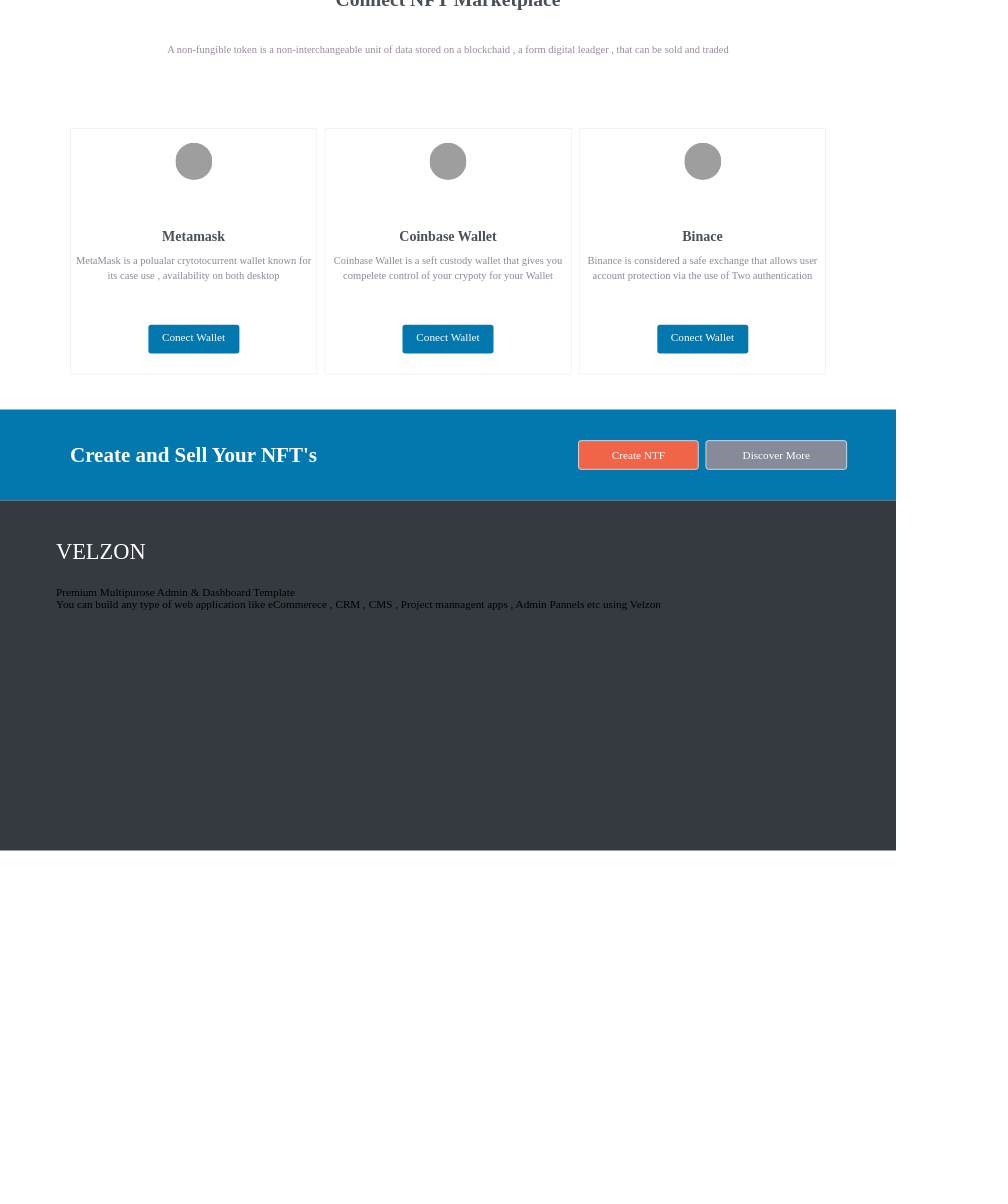
Repository: HuynhDuc23/Webvideodesgin
Page: index.html
The author's editor kept a copy of each file at every save. The page is drawn from the files as they stood at one save, then again after the next save.
The browser window is 1280 px wide. The page is 1440 px wide, so the pictures cover 1440 px, including what lies to the right of the window. The pictures show the part of the page from y = 870 to 2590 px (the page is 5520 px tall), at 70% of full size.
Pictures or frames that could not be fetched are drawn as grey boxes. The style sheet was rebuilt from its Sass, Less or Tailwind sources for each picture, by a compiler version that may differ from the author's.

Above is the page before, as saved 2023-04-26 10:17:45.

### index.html
<!DOCTYPE html>
<html lang="en">
<head>
    <meta charset="UTF-8">
    <meta http-equiv="X-UA-Compatible" content="IE=edge">
    <meta name="viewport" content="width=device-width, initial-scale=1.0">
    <link rel="stylesheet" href="https://cdnjs.cloudflare.com/ajax/libs/font-awesome/6.4.0/css/all.min.css" integrity="sha512-iecdLmaskl7CVkqkXNQ/ZH/XLlvWZOJyj7Yy7tcenmpD1ypASozpmT/E0iPtmFIB46ZmdtAc9eNBvH0H/ZpiBw==" crossorigin="anonymous" referrerpolicy="no-referrer" />
    <link rel="stylesheet" href="./reset.css">
    <link rel="stylesheet" href="style.css">
    <title>LoadingPage</title>
</head>
<body>
    <div class="loadingpage">
     <div class="loadingpage__heading">
        <div class="loadingpage__header">
            <div class="loadingpage__left"><h4 class="loadingpage__content">VELZON</h4></div>
            <div class="loaddingpage__right">
                <ul class="loadingpage__list">
                    <li class="loadingpage__items"><h5 class="loadingpage__padding">Home</h5></li>
                    <li class="loadingpage__items"><h5 class="loadingpage__padding">Wallet</h5></li>
                    <li class="loadingpage__items"><h5 class="loadingpage__padding">MarketPlace</h5></li>
                    <li class="loadingpage__items"><h5 class="loadingpage__padding">categorite</h5></li>
                    <li class="loadingpage__items"><h5 class="loadingpage__padding">Creater</h5></li>
                </ul>
            </div>
        </div>
        <div class="loadingpage__mid">
            <div class="loadingpage__mid__content1">
                <h1 class="loadingpage__mid__content">Discover Digital Art
                     & Collect <span>NFT Marketplace</span></h1>
            </div>
            <div class="loadingpage__mid__content2">
                <div class="loadingpage__mid__content2__content">
                    <p class="loadingpage__mid__content2__para">
                        Can artwork be NFT ? NFTs (non-fungble tokens) are one-of-a-kind digital assets. Given they're  digital in nature , can physical work of art be turned into NFTs?
                    </p>
                </div>
                <div class="button__mid">
                    <div class="button">
                        <div class="button__1">Create Own
                         <i class="fa-solid fa-arrow-right icon"></i>
                        </div>
                     </div>
                     <div class="button" style="background-color: #878a99;">
                         <div class="button__1">Explore Now
                          <i class="fa-solid fa-arrow-right icon"></i>
                         </div>
                      </div>
                </div>
            </div>
        </div>
     </div>
    </div>
    <div class="loadingpage__mid__content__sub">
        <div class="loadingpage__mid__content__sub__1">
            <p class="connect">Connect NFT Marketplace</p>
            <p class="para">A non-fungible token is a non-interchangeable unit of data stored  on a blockchaid , a form digital leadger , that can be sold and traded</p>
        </div>
        <div class="box-list">
            <div class="box-items">
                <img src="https://images.unsplash.com/photo-1674574124345-02c525664b65?ixlib=rb-4.0.3&ixid=MnwxMjA3fDF8MHxwaG90by1wYWdlfHx8fGVufDB8fHx8&auto=format&fit=crop&w=1470&q=80" alt="" class="cartoon">
                 <div class="content__mid__para">
                    <span class="content__mid">Metamask</span>
                    <p class="paragrap__mid">MetaMask is a polualar crytotocurrent wallet known for its case use , availability on both desktop</p>
                 </div>
            </div>
            <div class="box-items">
                <img src="https://images.unsplash.com/photo-1564419429381-98dbcf916478?ixlib=rb-4.0.3&ixid=MnwxMjA3fDF8MHxwaG90by1wYWdlfHx8fGVufDB8fHx8&auto=format&fit=crop&w=399&q=80" alt="" class="cartoon">
                 <div class="content__mid__para">
                    <span class="content__mid">Coinbase Wallet</span>
                    <p class="paragrap__mid">Coinbase Wallet is a seft custody wallet that gives you compelete control of your crypoty for your Wallet</p>
                 </div>
            </div>
            <div class="box-items">
                <img src="https://images.unsplash.com/photo-1682249301375-5c7f5a286d8c?ixlib=rb-4.0.3&ixid=MnwxMjA3fDB8MHxwaG90by1wYWdlfHx8fGVufDB8fHx8&auto=format&fit=crop&w=774&q=80" alt="" class="cartoon">
                 <div class="content__mid__para">
                    <span class="content__mid">Binace</span>
                    <p class="paragrap__mid">Binance is considered  a safe exchange that allows user account protection via the use of Two authentication</p>
                 </div>
            </div>

        </div>
        <div class="final__loadingpage">
            <div class="final__loadingpage__1">
               <div class="para">
                <p class="para__1">Create and Sell Your NFT's</p>
               </div>
                <div class="box__two">
                    <div class="box__two__1"><span>Create NTF</span></div>
                    <div class="box__two__2"><span>Discover More</span> </div>
                </div>
            </div>
            <div class="final__loadingpage__2">
                 <div class="final__wrap">
                    <div class="final__left">
                        <h1 class="title">
                            VELZON
                        </h1>
                        <h2 class="content">
                            Premium Multipurose Admin & Dashboard Template
                        </h2>
                        <h2 class="content">
                            You can build any type of web application like eCommerece , CRM , CMS , Project mannagent apps , Admin Pannels etc using Velzon
                        </h2>
                  </div>
                  <div class="final__rihgt">

                  </div>
                 </div>
            </div>
        </div>

    </div>
</body>
</html>

### style.scss
html {
    box-sizing: border-box;
}
*{
    font-size: 16.5rem;
    font-family: 'Segoe UI', Tahoma, Geneva, Verdana, sans-serif;
}
.loadingpage {
    &__heading {
        width: 100%;
        height: 668px;
      //  background-color: #0278ae;
        background-color:rgb(2,120,174);
        margin-bottom: 180px;
    }
    &__header {
        width: 100%;
        height: 70px;
        background-color: #05175f;
        display: flex ;
        justify-content: flex-start;
        align-items: center;
        position: relative;
    }
    &__left {
        padding:  27px 75px;
        cursor: pointer;
    }
    &__content {
        color: white;
        font-weight: 500;
        font-size: 14px;
        line-height: 21px;
        text-transform: uppercase;
        font-size: xx-large;
    }
    &__right {
        margin-left: 200px;
    }
    &__list {
        display: flex;
        align-items: center;
        padding-left: 200px;

        &:before {
            content: "Wallet Connect";
            padding: 4px 8px ;
            top: 50%;
            right: 80px;
            position: absolute;
            color: white;
            transform: translateY(-50%);
            background-color: rgb(2,120,174);
            cursor: pointer;
            border-radius: 10px ;
        }

    }
    &__items {
        padding: 27px;
        &:hover {
            color: #00bd9d;
            cursor: pointer;
            transition: 2s linear;
        }
    }
    &__padding {
       color: white;
       font-weight: 500;
       font-size: 14px;
       line-height: 21px;
       text-transform: uppercase;
       &:hover {
        color: #00bd9d;
        cursor: pointer;
    }
    }

    &__mid__content1 {
        padding-top: 167px;
        margin-bottom: 60px;
    }
    &__mid__content {
        position: relative;
        left: 50%;
        transform: translateX(-50%);
        color: white;
        font-size: 60px;
        // text-align: center;
        display: inline-block;
        line-height: 15px;
        &>span {
            display: inline-block;
            color: #00bd9d;
        }
    }
}
.loadingpage__mid__content2 {
     display: inline-block;
     position: relative;
     left: 50%;
     transform: translateX(-50%);
     &__content {
        padding-bottom: 50px;
     }
    &__para {
        color: #ffffff;
        line-height: 1;
        text-align: center;
        font-size:x-large;
        opacity: 0.6;

     }
}
.button__mid {
    display: flex;
    justify-content: center;
    align-items: center;
    margin-right: -13px;
}
.button {
    display: flex;
    width: 130px;
    height: 40px;
    background-color: #25a0e2;
    margin-right: 13px;
    border: 1px solid white;
    border-radius: 4px;
    position: relative;
    padding: 5px 20px;
    cursor: pointer;
    &:hover {
        opacity: 0.9;
    }
    &__1 {
        font-family: 'Times New Roman', Times, serif;
        font-size: 15px;
        display: inline-block;
       color:  white;
       text-align: center;
       font-weight: 500;
       position: absolute;
       top: 50%;
       left: 50%;
       transform: translate(-50%,-50%);
       line-height: 1.4;
    }
}
.loadingpage__mid__content__sub {

    width:100% ;
    height: 660px;
    background-color: white;
    &__1
    {
        padding: 0 200px;
        justify-content: center;
        align-items: center;
        padding-bottom: 100px;
        .connect {
            text-align: center;
            color: #495057;
            font-size: 28px;
            font-weight: 700;
            line-height: 42px;
            margin-bottom: 40px;
        }
        .para {
            font-size: 15px;
            line-height: 22.5px;
            text-align: center;
            font-size: 15px;
            color: #978a99;
        }
    }
}
.box-list {
    display: flex;
    justify-content: space-between;
    padding: 0 100px;
    align-items: center;
    .box-items {
        position: relative;
        width: 351px;
        height: 350px;
        background-color: white;
        border : 0.5px solid #eeee ;
        border-radius: 2px;
        display: flex;
        flex-direction: column;
        justify-content: flex-start;
        &:before {
            text-align: center;
            content: "Conect Wallet";
            position: absolute;
            width: 130px;
            height: 34px;
            background-color:rgb(2,120,174) ;
            color: white;
            left: 50%;
            transform: translateX(-50%);
            top: 80%;
            border-radius: 4px;
            padding: 7px 0px 0px 0px;
            line-height: 1.4;
            z-index: 2;
            cursor: pointer;
        }
        &:hover {
            cursor: pointer;
            opacity: 0.7;
            color: #ffffff;
        }



        .cartoon {
            margin-top: 20px;
            display: block;
            width: 53px;
            height: 53px;
            border-radius: 50%;
            margin-bottom: 70px;
            position: relative;
            left: 50%;
            transform: translateX(-50%);

        }
        .content__mid__para {
             text-align: center;
            .content__mid {
                 display: block;
                 color : #495057 ;
                 font-size: 20px;
                 font-weight: 600;
                 margin: 0 0 8px;
                // text-align: center;
                margin-bottom: 15px;
            }
            .paragrap__mid {

                color: #878a99;
                font-size: 15px;
                line-height: 1.4;

            }

        }
    }
}
.final__loadingpage {
    margin-top: 50px;
    width: 100%;
    height: 476px;
    background-color: white;
    &__1{
        display: flex;
        justify-content: space-between;
        width: 100%;
        height: 130px;
        background-color: rgb(2,120,174);
        .para {
            margin-left: 30px;
            padding: 0 500px 0 30px;
            position: relative;
            &__1 {
                position: absolute;
                top: 50%;
                transform: translateY(-50%);
                color: white;
                font-weight: 700;
                font-size: 30px;
                line-height: 1.6;
                margin-left: 40px;
                &:hover {
                    cursor: pointer;
                    transition: all 1s ease-out;
                    color: rgb(101, 228, 101);
                }
            }
        }
        .box__two {
            display: flex;
            margin-right: 70px;
            align-items: center;
         //   justify-content: space-between;
            &__1 {
                padding-right: 40px;
                width: 130px;
                height: 40px;
                background-color: #f06548;
                border: 1px solid white;
                border-radius: 4px;
                position: relative;
                cursor: pointer;
                opacity: 1;
                &:hover {
                    transition: all 1s ease-in-out;
                    opacity: 0.9;
                    background-color: #343a40;
                }
                & > span {
                    line-height: 500;
                    color: white;
                    position: absolute;
                    display: block;
                    top:50%;
                    left: 50%;
                    transform: translate(-50%,-50%);
                }

            }
            &__2 {
                opacity: 1;
                cursor: pointer;
                margin-left: 10px;
                padding-right: 70px;
                width: 130px;
                height: 40px;
                background-color: #f06548;
                border: 1px solid white;
                border-radius: 4px;
                position: relative;
                background-color: #878a99;
                &:hover {
                    transition: all 1s ease-in-out;
                    opacity: 0.9;
                    background-color: #343a40;
                }
                & > span {

                    line-height: 500;
                    color: white;
                    position: absolute;
                    display: block;
                    top:50%;
                    left: 50%;
                    transform: translate(-50%,-50%);
                }

            }
        }
    }
    &__2{
        width: 100%;
        height: 500px;
        background-color: #343a40;
    }

}
.final__wrap {
    width: 100%;
    height: 280px;
    padding: 50px 80px 0px;
    .final__left {
        .title {
            padding-bottom: 30px;
            font-size: xx-large;
            color: white;
            display: inline-block;
            line-height: 1.4;
        }
    }
}

Loaded but not shown: reset.css (common file)

After the next save:
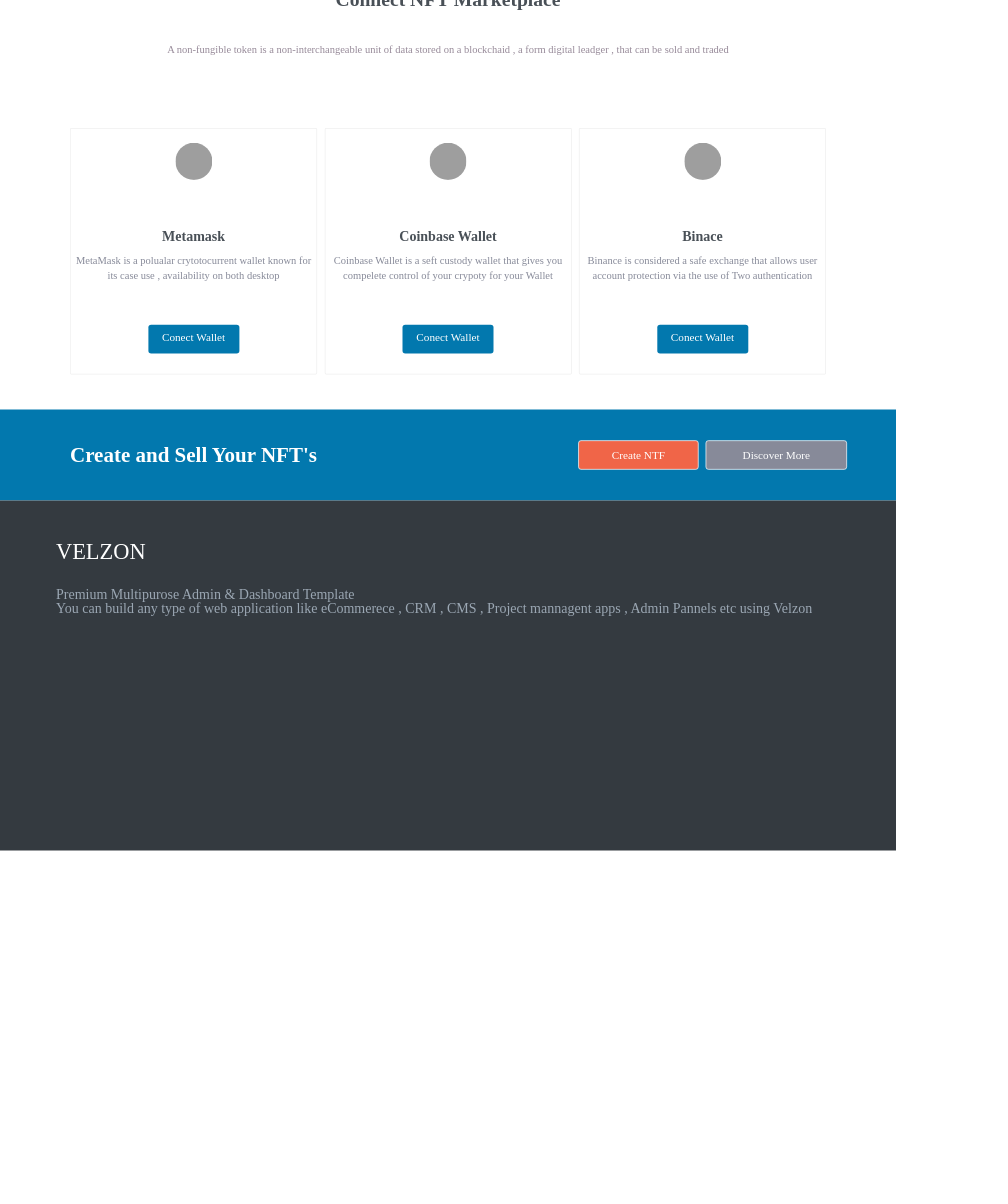
Saved 52 s later.
--- a/style.scss
+++ b/style.scss
@@ -360,5 +360,9 @@
             display: inline-block;
             line-height: 1.4;
         }
-    }
-}
+        .content {
+            font-size: 20px;
+            color: #9ba7b3;
+        }
+    }
+}
